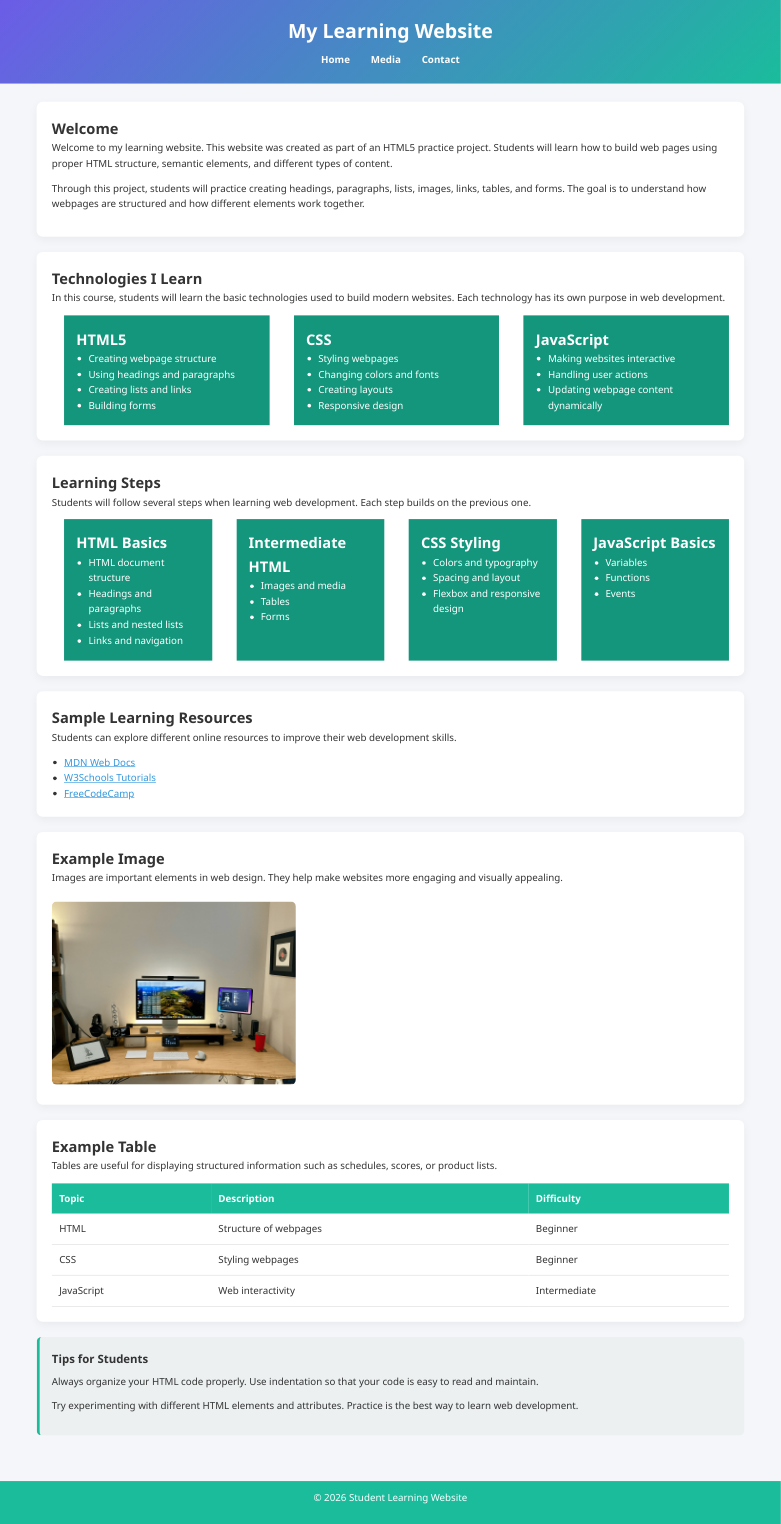
Repository: Than-sothearak/web_client_programing
Page: Week_03/index.html
An editor plug-in stored every save of this project. The page is shown before and after the next save, followed by the edit.
The browser window is 1280 px wide. The pictures show the whole page, at 61% of full size.

Above is the page before, as saved 2026-03-24 21:29:10.

After the next save:
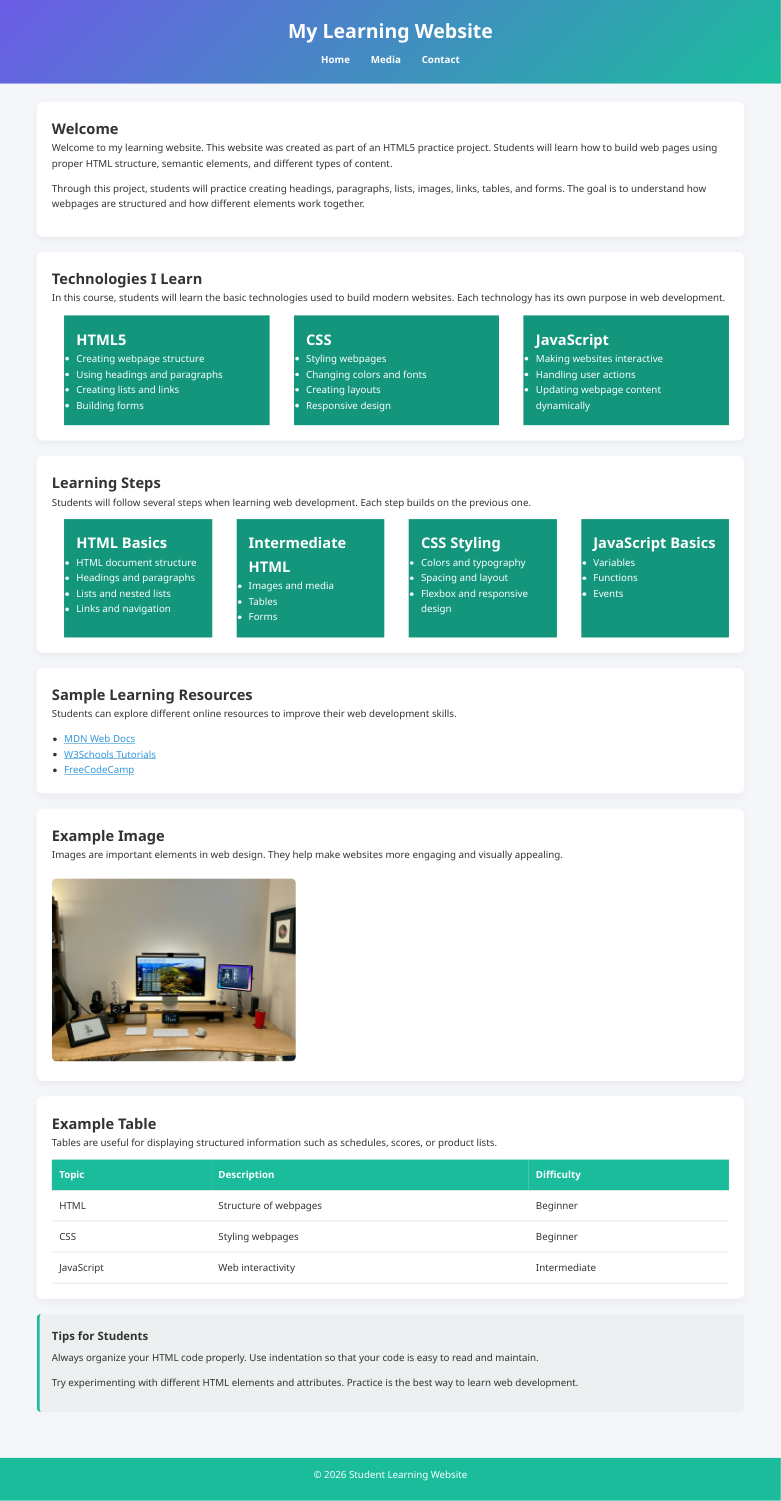
Saved 27 s later.
--- a/Week_03/styles.css
+++ b/Week_03/styles.css
@@ -99,7 +99,9 @@ p {
   width: 100%;
   background-color: #13967c;
 }
-
+.card li {
+  margin-left: 0px;
+}
 li{
   margin-left: 20px;
   list-style:disc;
